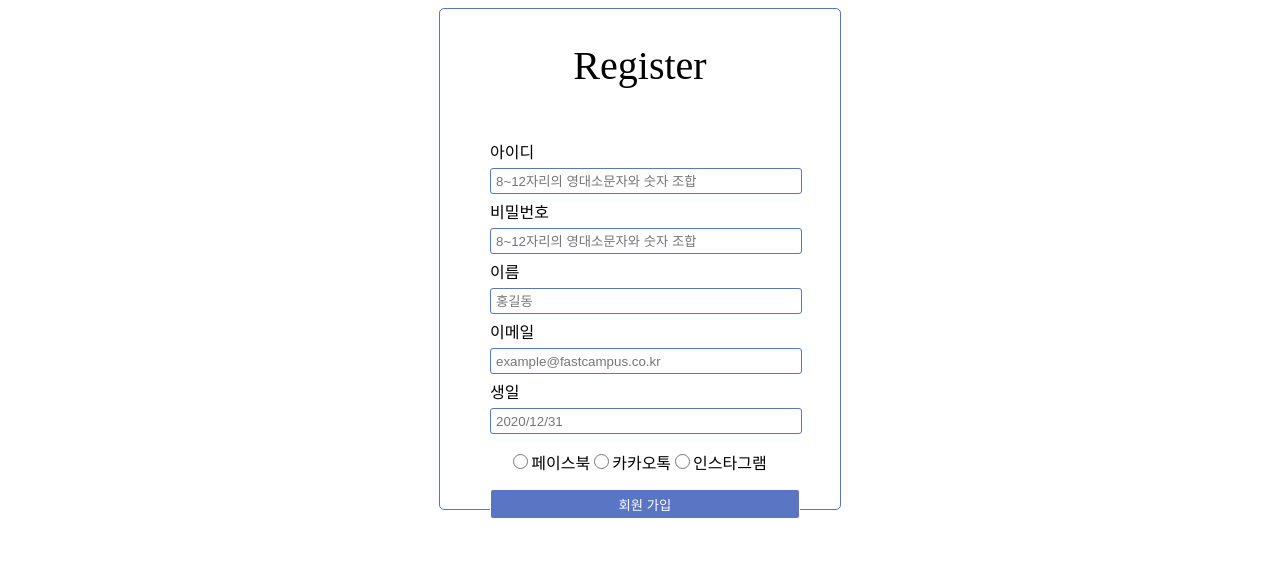
Repository: ksj2001/SpringBasic2024
Page: http://localhost/MVC_join/
These files come from the project's save history. The page is drawn as it stood at one moment and after the next save; the edit follows.
The browser window is 1280 px wide. The pictures show the whole page.
The page is served by Tomcat 9. Other server files are loaded and not shown.

Above is the page before, as saved 2024-07-02 15:33:02.

### MVC_join/src/main/webapp/WEB-INF/views/index.jsp
<%@ page language="java" contentType="text/html; charset=UTF-8"
    pageEncoding="UTF-8"%>
<!DOCTYPE html>
<html>
<head>
<meta charset="UTF-8">
<title>Insert title here</title>
<style type="text/css">
	body{
		display: flex;
		justify-content: center;
		align-items: center;
	}
	.registerBox{
		width: 300px;
		height: 500px;
		border: 1px solid #5975C4;
		padding: 0 50px;
		border-radius: 5px;
	}
	.registerBox h2{
		font-size: 40px;
		font-weight: 500;
		text-align: center;
		margin-bottom: 50px;
	}
	input{
		width: 100%;
		height: 20px;
		margin: 5px 0;
		padding: 2px 5px;
		border: 1px solid #5975C4;
		border-radius: 3px;
	}
	.selectSns{
		margin: 10px 5px;
		text-align: center;
	}
	input[type=radio]{
		width:15px;
		height:15px;
		margin-right: 3px;
	}
	input[type=submit]{
		width:310px;
		height:30px;
		border-color: white;
		color: white;
		background-color: #5975C4;
	}
</style>
</head>
<body>
	<div class="registerBox">
		<h2>Register</h2>
		<form action="member/register" method="post">
			<label>아이디</label><br>
			<input type="text" placeholder="8~12자리의 영대소문자와 숫자 조합"><br>
			<label>비밀번호</label><br>
			<input type="password" placeholder="8~12자리의 영대소문자와 숫자 조합"><br>
			<label>이름</label><br>
			<input type="text" placeholder="홍길동"><br>
			<label>이메일</label><br>
			<input type="text" placeholder="example@fastcampus.co.kr"><br>
			<label>생일</label><br>
			<input type="text" placeholder="2020/12/31"><br>
			<div class="selectSns">
				<input type="radio" name="sns" value="facebook">페이스북
				<input type="radio" name="sns" value="kakaotalk">카카오톡
				<input type="radio" name="sns" value="instagram">인스타그램
			</div>
			<input type="submit" value="회원 가입">
		</form>
	</div>
</body>
</html>

After the next save:
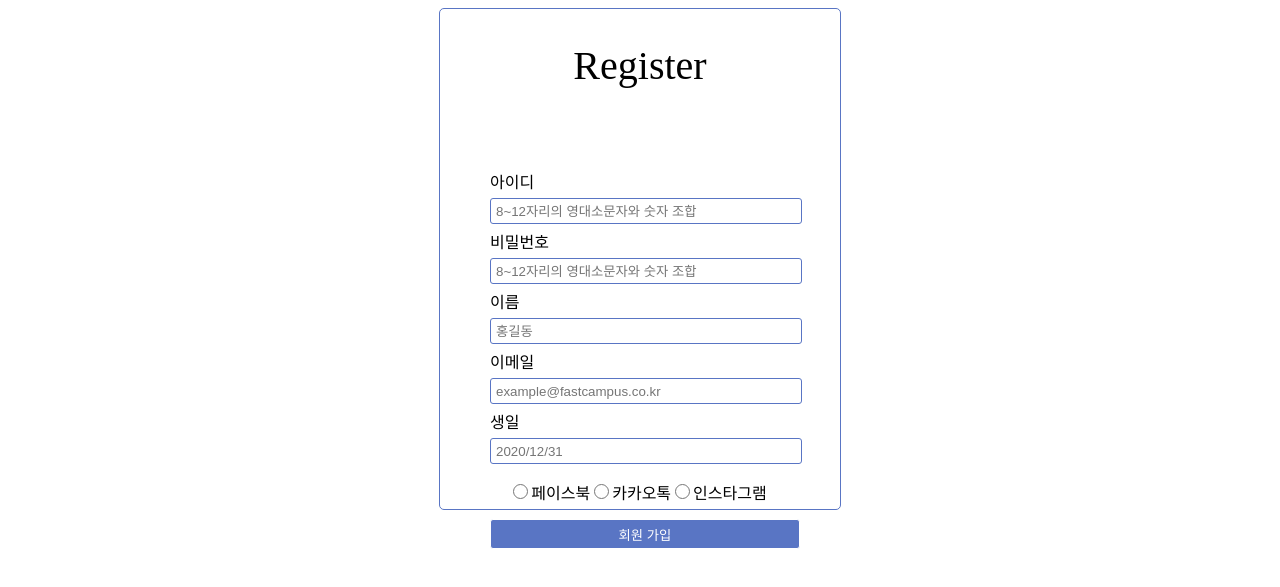
Saved 8 s later.
--- a/MVC_join/src/main/webapp/WEB-INF/views/index.jsp
+++ b/MVC_join/src/main/webapp/WEB-INF/views/index.jsp
@@ -22,7 +22,7 @@
 		font-size: 40px;
 		font-weight: 500;
 		text-align: center;
-		margin-bottom: 50px;
+		margin-bottom: 80px;
 	}
 	input{
 		width: 100%;
